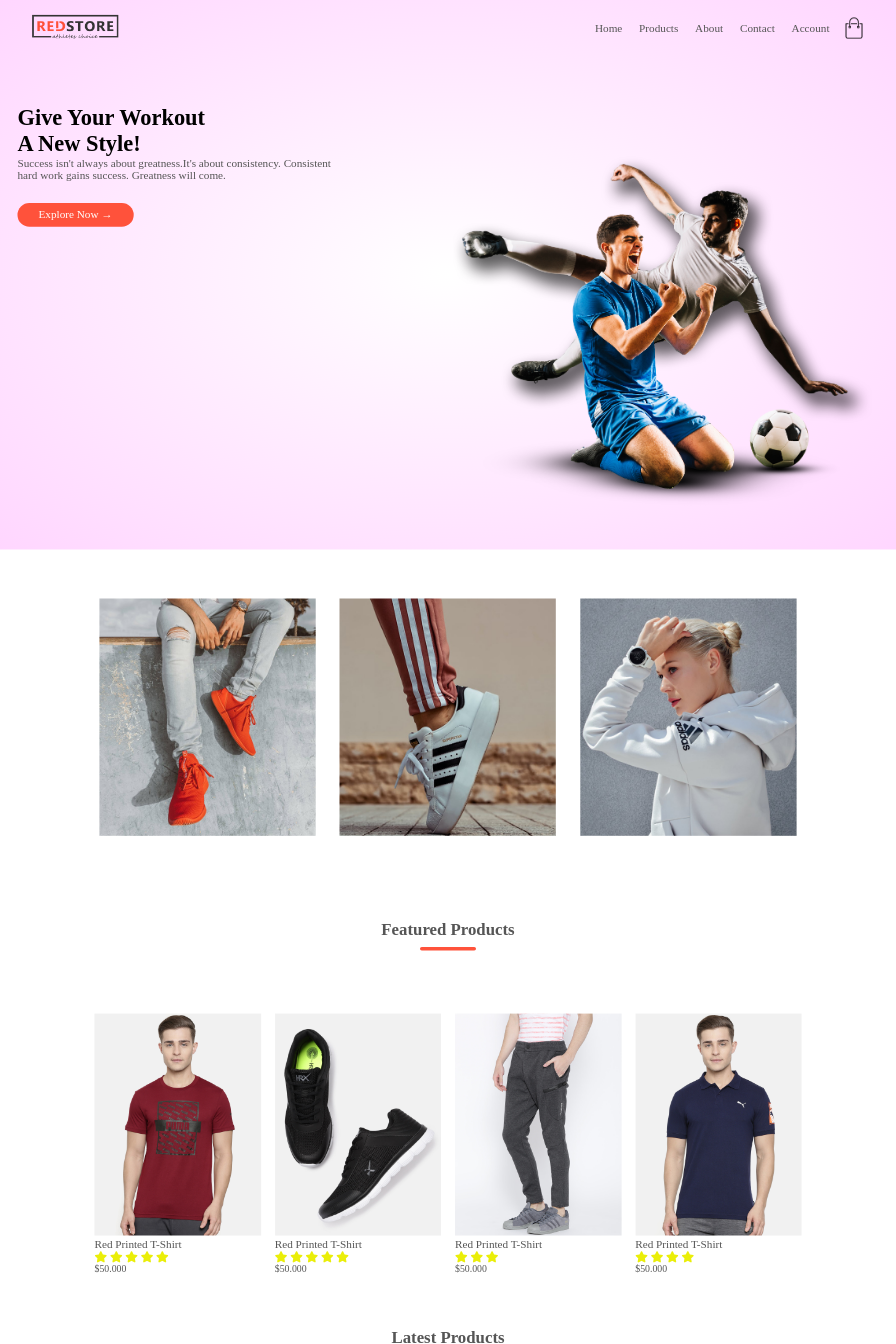
Repository: tuan21052000/Frontend
Page: index.html
An editor plug-in stored every save of this project. The page is shown before and after the next save, followed by the edit.
The browser window is 1280 px wide. The pictures show the part of the page from y = 0 to 1920 px (the page is 4529 px tall), at 70% of full size.

Above is the page before, as saved 2022-05-14 20:24:21.

### index.html
<!DOCTYPE html>
<html lang="en">
<head>
    <meta charset="UTF-8">
    <meta name="viewport" content="width=device-width, initial-scale=1.0">
    <meta http-equiv="X-UA-Compatible" content="IE=edge">
    <meta name="viewport" content="width=device-width, initial-scale=1.0">
    <title>RedStore | Ecommerce Website Design</title>
    <link rel="stylesheet" href="style.css">
    <link href="https://fonts.googleapis.com/css2?family=Poppins:wght@300;400;500;600;700&display=swap" rel="stylesheet">
    <link rel="stylesheet" href="https://use.fontawesome.com/releases/v5.15.4/css/all.css" />
</head>
<body>
    <div class="header">


    <div class="container">
        <div class="navbar">
            <div class="logo">
                <img src="images/logo.png" width="125px">
            </div>
            <nav>
                <ul id="MenuItems">
                    <li><a href="">Home</a></li>
                    <li><a href="">Products</a></li>
                    <li><a href="">About</a></li>
                    <li><a href="">Contact</a></li>
                    <li><a href="">Account</a></li>
                </ul>
            </nav>
            <img src="images/cart.png" width="30px" height="30px">
            <img src="images/menu.png" class="menu-icon" onclick="menutoggle()">
        </div>
        <div class="row">
            <div class="col-2">
                <h1>Give Your Workout <br>A New Style!</h1>
                <p>Success isn't always about greatness.It's about
                consistency. Consistent<br> hard work gains success. Greatness
                will come.
                </p>
                <a href="" class="btn">Explore Now &#8594;</a>
            </div>
            <div class="col-2">
              <img src="images/image1.png">
            </div>
        </div>
    </div>
</div>
<!-- -----Loại sản phẩm------- -->
   <div class="categories">
       <div class="small-container">
        <div class="row">
            <div class="col-3">
                <img src="images/category-1.jpg">
            </div>
            <div class="col-3">
             <img src="images/category-2.jpg">
         </div>
         <div class="col-3">
             <img src="images/category-3.jpg">
         </div>
        </div>
       </div>
   </div>
<!--    -------aaaa------------ -->
<div class="small-container">
    <h2 class="title">Featured Products</h2>
    <div class="row">
    <div class="col-4">
        <img src="images/product-1.jpg">
        <h4>Red Printed T-Shirt</h4>
        <div class="rating">
            <i class="fa fa-star"></i>
            <i class="fa fa-star"></i>
            <i class="fa fa-star"></i>
            <i class="fa fa-star"></i>
            <i class="fa fa-star"></i>
        </div>
        <p>$50.000</p>
    </div>
    <div class="col-4">
        <img src="images/product-2.jpg">
        <h4>Red Printed T-Shirt</h4>
        <div class="rating">
            <i class="fa fa-star"></i>
            <i class="fa fa-star"></i>
            <i class="fa fa-star"></i>
            <i class="fa fa-star"></i>
            <i class="fa fa-star"></i>
        </div>
        <p>$50.000</p>
    </div>
    <div class="col-4">
        <img src="images/product-3.jpg">
        <h4>Red Printed T-Shirt</h4>
        <div class="rating">
            <i class="fa fa-star"></i>
            <i class="fa fa-star"></i>
            <i class="fa fa-star"></i>
            <i class="fa fa-star-half-o"></i>
            <i class="fa fa-star-o"></i>
        </div>
        <p>$50.000</p>
    </div>
    <div class="col-4">
        <img src="images/product-4.jpg">
        <h4>Red Printed T-Shirt</h4>
        <div class="rating">
            <i class="fa fa-star"></i>
            <i class="fa fa-star"></i>
            <i class="fa fa-star"></i>
            <i class="fa fa-star"></i>
            <i class="fa fa-star-o"></i>
        </div>
        <p>$50.000</p>
    </div>
    </div>
    <h2 class="title">Latest Products</h2>
    <div class="row">
        <div class="col-4">
            <img src="images/product-5.jpg">
            <h4>Red Printed T-Shirt</h4>
            <div class="rating">
                <i class="fa fa-star"></i>
                <i class="fa fa-star"></i>
                <i class="fa fa-star"></i>
                <i class="fa fa-star"></i>
                <i class="fa fa-star"></i>
            </div>
            <p>$50.000</p>
        </div>
        <div class="col-4">
            <img src="images/product-6.jpg">
            <h4>Red Printed T-Shirt</h4>
            <div class="rating">
                <i class="fa fa-star"></i>
                <i class="fa fa-star"></i>
                <i class="fa fa-star"></i>
                <i class="fa fa-star"></i>
                <i class="fa fa-star"></i>
            </div>
            <p>$50.000</p>
        </div>
        <div class="col-4">
            <img src="images/product-7.jpg">
            <h4>Red Printed T-Shirt</h4>
            <div class="rating">
                <i class="fa fa-star"></i>
                <i class="fa fa-star"></i>
                <i class="fa fa-star"></i>
                <i class="fa fa-star-half-o"></i>
                <i class="fa fa-star-o"></i>
            </div>
            <p>$50.000</p>
        </div>
        <div class="col-4">
            <img src="images/product-8.jpg">
            <h4>Red Printed T-Shirt</h4>
            <div class="rating">
                <i class="fa fa-star"></i>
                <i class="fa fa-star"></i>
                <i class="fa fa-star"></i>
                <i class="fa fa-star"></i>
                <i class="fa fa-star-o"></i>
            </div>
            <p>$50.000</p>
        </div>
        </div>
        <div class="row">
            <div class="col-4">
                <img src="images/product-9.jpg">
                <h4>Red Printed T-Shirt</h4>
                <div class="rating">
                    <i class="fa fa-star"></i>
                    <i class="fa fa-star"></i>
                    <i class="fa fa-star"></i>
                    <i class="fa fa-star"></i>
                    <i class="fa fa-star"></i>
                </div>
                <p>$50.000</p>
            </div>
            <div class="col-4">
                <img src="images/product-10.jpg">
                <h4>Red Printed T-Shirt</h4>
                <div class="rating">
                    <i class="fa fa-star"></i>
                    <i class="fa fa-star"></i>
                    <i class="fa fa-star"></i>
                    <i class="fa fa-star"></i>
                    <i class="fa fa-star"></i>
                </div>
                <p>$50.000</p>
            </div>
            <div class="col-4">
                <img src="images/product-11.jpg">
                <h4>Red Printed T-Shirt</h4>
                <div class="rating">
                    <i class="fa fa-star"></i>
                    <i class="fa fa-star"></i>
                    <i class="fa fa-star"></i>
                    <i class="fa fa-star-half-o"></i>
                    <i class="fa fa-star-o"></i>
                </div>
                <p>$50.000</p>
            </div>
            <div class="col-4">
                <img src="images/product-12.jpg">
                <h4>Red Printed T-Shirt</h4>
                <div class="rating">
                    <i class="fa fa-star"></i>
                    <i class="fa fa-star"></i>
                    <i class="fa fa-star"></i>
                    <i class="fa fa-star"></i>
                    <i class="fa fa-star-o"></i>
                </div>
                <p>$50.000</p>
            </div>
        </div>
</div>
<!-- ----------offer------------- -->
<div class="offer">
    <div class="small-container">
        <div class="row">
            <div class="col-2">
                <img src="images/exclusive.png" class="offer-img">
            </div>
            <div class="col-2">
               <p>Exclusively Available on RedStore</p>
               <h1>Smart Band 4</h1>
               <small>The Mi Smart Band 4 features a 39.9% large
                   (than Mi Band 3) AMOLED color full-touch display with
                   adjustable brightness, so everything is clear as can
                   be.</small>
               <a href="" class="btn">Buy Now &#8594;</a>
            </div>
        </div>
    </div>
</div>
<!-- -----testi---- -->
       <div class="testimonial">
           <div class="small-container">
               <div class="row">
                   <div class="col-3">
                       <i class="fa fa-quote-left"></i>
                       <p>Lorem ipsum dolor sit, amet consectetur adipisicing elit.
                            Tenetur quod unde ullam, et dicta deserunt exercitationem
                            excepturi quis quo mollitia quibusdam quam consectetur? Facere aut numquam inventore, veniam pariatur quod.</p>
                            <div class="rating">
                                <i class="fa fa-star"></i>
                                <i class="fa fa-star"></i>
                                <i class="fa fa-star"></i>
                                <i class="fa fa-star"></i>
                                <i class="fa fa-star"></i>
                            </div>
                            <img src="images/user-1.png">
                            <h3>Sean Parker</h3>
                   </div>
                   <div class="col-3">
                    <i class="fa fa-quote-left"></i>
                    <p>Lorem ipsum dolor sit, amet consectetur adipisicing elit.
                         Tenetur quod unde ullam, et dicta deserunt exercitationem
                         excepturi quis quo mollitia quibusdam quam consectetur? Facere aut numquam inventore, veniam pariatur quod.</p>
                         <div class="rating">
                             <i class="fa fa-star"></i>
                             <i class="fa fa-star"></i>
                             <i class="fa fa-star"></i>
                             <i class="fa fa-star"></i>
                             <i class="fa fa-star"></i>
                         </div>
                         <img src="images/user-2.png">
                         <h3>Mike Smith</h3>
                </div>
                <div class="col-3">
                    <i class="fa fa-quote-left"></i>
                    <p>Lorem ipsum dolor sit, amet consectetur adipisicing elit.
                         Tenetur quod unde ullam, et dicta deserunt exercitationem
                         excepturi quis quo mollitia quibusdam quam consectetur? Facere aut numquam inventore, veniam pariatur quod.</p>
                         <div class="rating">
                             <i class="fa fa-star"></i>
                             <i class="fa fa-star"></i>
                             <i class="fa fa-star"></i>
                             <i class="fa fa-star"></i>
                             <i class="fa fa-star"></i>
                         </div>
                         <img src="images/user-3.png">
                         <h3>Mabel Joe</h3>
                </div>
               </div>
           </div>
       </div>
<!-- ---------------brands-------------- -->
    <div class="brands">
        <div class="small-container">
            <div class="row">
                <div class="col-5">
                    <img src="images/logo-godrej.png">
                </div>
                <div class="col-5">
                    <img src="images/logo-oppo.png">
                </div>
                <div class="col-5">
                    <img src="images/logo-coca-cola.png">
                </div>
                <div class="col-5">
                    <img src="images/logo-paypal.png">
                </div>
                <div class="col-5">
                    <img src="images/logo-philips.png">
                </div>
            </div>
        </div>
    </div>
<!--------------footer------------------ -->
<div class="footer">
    <div class="container">
        <div class="row">
            <div class="footer-col-1">
                <h3>Download Our App</h3>
                <p>Download App for Android and ios mobile phone.</p>
                 <div class="app-logo">
                     <img src="images/play-store.png">
                     <img src="images/app-store.png">
                 </div>
            </div>
            <div class="footer-col-2">
               <img src="images/logo-white.png">
                <p>Download App for Android and ios mobile phone.</p>
            </div>
            <div class="footer-col-3">
                <h3>Useful Links</h3>
                <ul>
                    <li>Coupons</li>
                    <li>Blog Post</li>
                    <li>Return Policy</li>
                    <li>Join Affiliate</li>
                </ul>
            </div>
            <div class="footer-col-4">
                <h3>Follow us</h3>
                <ul>
                    <li>Facebook</li>
                    <li>Twitter</li>
                    <li>Instagram</li>
                    <li>Youtube</li>
                </ul>
            </div>
        </div>
        <hr>
        <p class="copyright">Copyright 2022 - Tuấn đẹp trai</p>
    </div>
   <!--  -----js------- -->
   <script>
       var MenuItems = document.getElementById("MenuItems");

       function menutoggle(){
           if(MenuItems.style.maxHeight == "0px")
           {
               MenuItems.style.maxHeight = "200px";
           }
           else
           {
               MenuItems.style.maxHeight = "0px";
           }
       }
   </script>
</div>
</body>
</html>

### style.css
* {
    margin: 0;
    padding: 0;
    box-sizing: border-box;
}
.navbar{
   display: flex;
   align-items: center;
   padding: 20px;
}
nav {
    flex: 1;
    text-align: right;
}
nav ul {
    display: inline-block;
    list-style-type: none;
}
nav ul li{
    display: inline-block;
    margin-right: 20px;
}
a {
    text-decoration: none;
    color: #555;
}
p {
    color:#555;
}
.container {
    max-width: 1300px;
    margin: auto;
    padding-left: 25px;
    padding-right:25px;
}
.row {
    display: flex;
  /*   align-items: flex; */
    flex-wrap: wrap;
    justify-content: space-around;
}
.col-2 {
    flex-basis: 50%;
    min-width: 300px;
}
.col-2 img {
    max-width: 100%;
    padding: 50px 0;
}
.btn {
    display: inline-block;
    background: #ff523b;
    color: #fff;
    padding: 8px 30px;
    margin: 30px 0;
    border-radius: 30px;
    transition: background 0.5s;
}
.btn:hover {
    background: #563434;
}
.header {
    background: radial-gradient(#fff,#ffd6ff);
}
.header .row{
   margin-top: 70px;
}
.categories {
    margin: 70px 0;
}
.col-3{
    flex-basis: 30%;
    min-width: 250px;
    margin-bottom: 30px;
}
.col-3 img{
    width: 100%;
}
.small-container{
    max-width: 1080px;
    margin: auto;
    padding-left: 25px;
    padding-right: 25px;

}
.col-4{
    flex-basis: 25%;
    padding: 10px;
    min-width: 200px;
    margin-bottom: 50px;
    transform: transforn 0.5s;
}
.col-4 img{
    width: 100%;
}
.title{
    text-align: center;
    margin: 0 auto 80px;
    position: relative;
    line-height: 60px;
    color:#555;
}
.title::after{
    content: '';
    background: #ff523b;
    width: 80px;
    height: 5px;
    border-radius: 5px;
    position: absolute;
    bottom: 0;
    left: 50%;
    transform: translateX(-50%);
}
h4{
    color:#555;
    font-weight: normal;
}
.col-4 p{
    font-size: 14px;
}
.rating .fa{
    color: #eaee09;
}
.col-4:hover{
    transform: translateY(-5px); /* tạo hiệu ứng */
}
.offer {
    background: radial-gradient(#fff,#ffd6d6);
    margin-top: 80px;
    padding: 30px 0;
}
.col-2 .offer-img{
    padding: 50px;
}
small{
    color:#555;
}
/* -------------testimonial----------- */
.testimonial{
    padding-top: 100px;
}
.testimonial .col-3 {
    text-align: center;
    padding: 40px 20px;
    box-shadow: 0 0 20px 0px rgba(0,0,0,0.1);
    cursor: pointer;
    transition: transform 0.5s;
}
.testimonial .col-3 img{
    width: 50px;
    margin-top: 20px;
    border-radius: 50%;
}
.testimonial .col-3:hover {
    transform: translateY(-10px);

}
.fa.fa-quote-left{
    font-size: 34px;
    color:#ff523b;
}
.col-3 p{
    font-size: 12px;
    margin: 12px 0;
    color:#777;
}
.testimonial .col-3 h3{
   font-weight: 600;
   color: #555;
   font-size: 16px;
}
/* --------------brands---------------- */
.brands{
    margin: 100px auto;
}
.col-5{
    width: 160px;
}
.col-5 img{
    width:100%;
    cursor: pointer;
    filter: grayscale(100%);
}
.col-5 img:hover{
    filter:grayscale(0);
}
/* ------------footer------------- */
.footer{
    background: #000;
    color: #8a8a8a;
    font-size: 14px;
    padding: 60px 0 20px;
}
.footer p{
  color: #8a8a8a;
}
.footer h3{
    color: #fff;
    margin-bottom: 20px;
}
.footer-col-1, .footer-col-2, .footer-col-3, .footer-col-4{
    min-width: 250px;
    margin-bottom: 20px;
}
.footer-col-1{
    flex-basis: 30%;
}
.footer-col-2{
    flex:1;
    text-align: center;
}
.footer-col-2 img{
   width: 180px;
   margin-bottom: 20px;
}
.footer-col-3, .footer-col-4{
   flex-basis: 15%;
   text-align: center;
}
ul{
    list-style-type: none;
}
.app-logo{
    margin-top: 20px;
}
.app-logo img{
    width: 140px;
}
.footer hr{
    border: none;
    background: #b5b5b5;
    height: 1px;
    margin: 20px 0;
}
.copyright{
    text-align: center;
}
.menu-icon{
    width: 28px;
    margin-left: 20px;
    display: none;
}
/* ----------reponsible---------- */
@media only screen and (max-width: 800px){

    nav ul{
        position: absolute;
        top: 70px;
        left: 0;
        background: #333;
        width: 100px;
        overflow: hidden;
        transition: max-height 0.5;
    }
    nav ul li{
        display: block;
        margin-right: 50px;
        margin-top: 10px;
        margin-bottom: 10px;
    }
    nav ul li a{
        color: #fff;
    }
    .menu-icon{
        display: block;
        cursor: pointer;
    }
}
/* ------------all products page-------- */
.row-2 {
    justify-content: space-between;
    margin: 100px auto 50px;
}
select{
    border: 1px solid #ff523b;
    padding: 5px;
}
select:focus{
    outline: none;
}
.page-btn{
    margin: 0 auto 80px;
}
.page-btn span{
    display: inline-block;
    border: 1px solid #ff523b;
    margin-left: 10px;
    width: 40px;
    height: 40px;
    text-align: center;
    line-height: 40px;
    cursor: pointer;
}
.page-btn span:hover{
    background: #ff523b;
    color:#fff;
}
/* -----single products details----- */

/* media query for less than 600 screen size */
@media only screen and (max-width: 800px) {
    .row{
        text-align: center;
    }
    .col-2, .col-3, .col-4{
        flex-basis: 100%;
    }
}

After the next save:
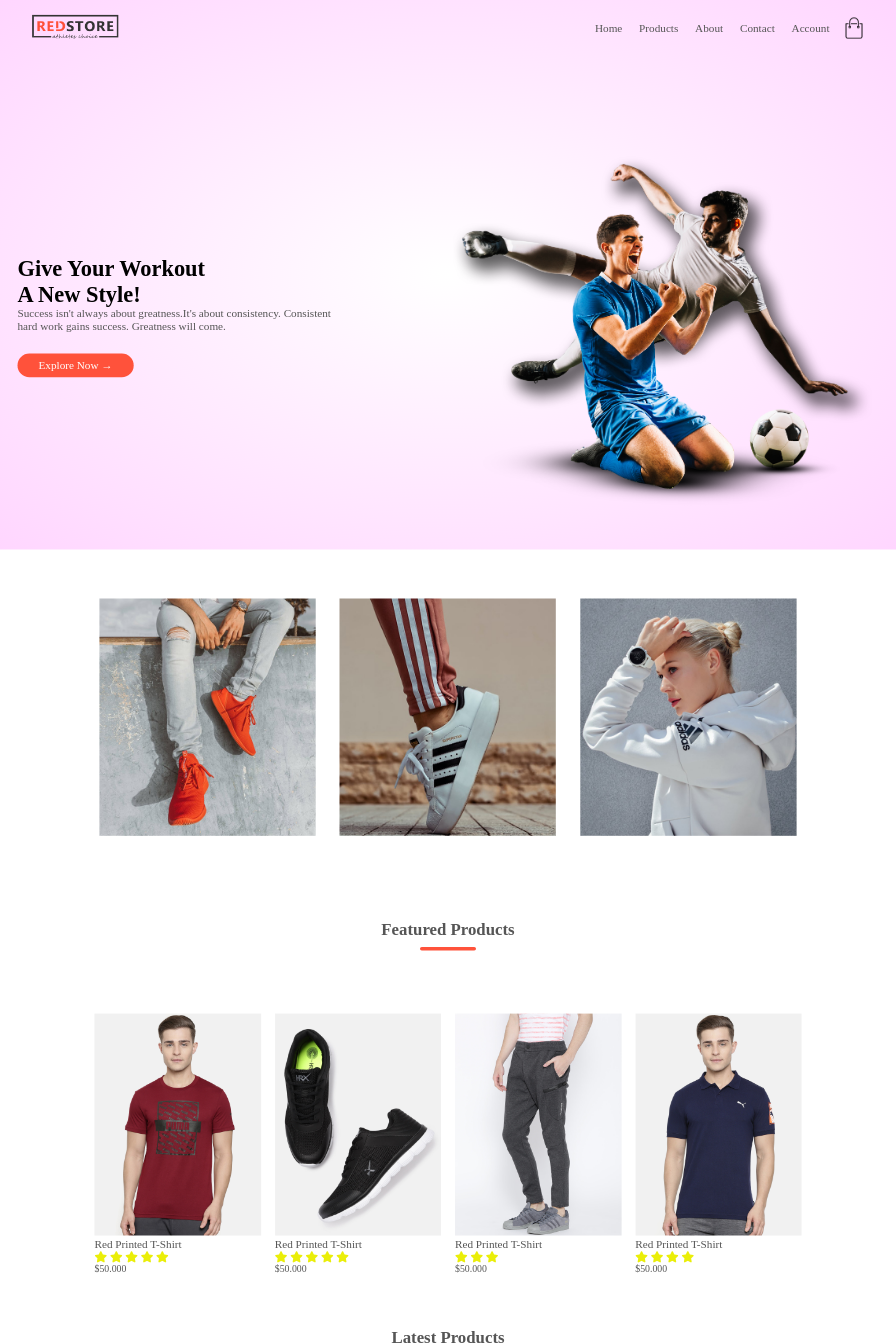
Saved 11 s later.
--- a/style.css
+++ b/style.css
@@ -35,7 +35,7 @@
 }
 .row {
     display: flex;
-  /*   align-items: flex; */
+    align-items: center;
     flex-wrap: wrap;
     justify-content: space-around;
 }
